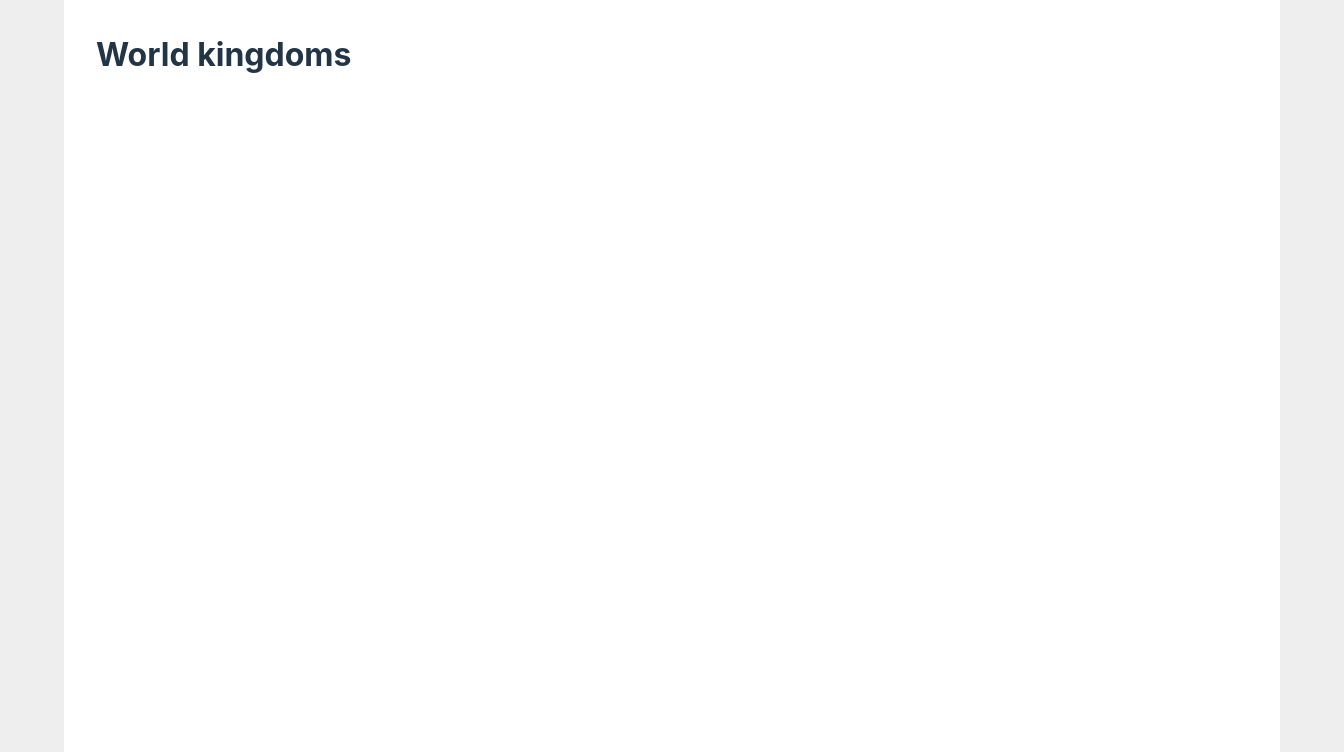
Repository: SamanthaYan298/my_world_kingdoms
Page: /
The author's editor kept a copy of each file at every save. The page is drawn from the files as they stood at one save, then again after the next save.
The browser window is 1280 px wide. The page is 1344 px wide, then 1280 px, so the pictures cover 1344 px, including what lies to the right of the window. The pictures show the whole page.
The page's requests for data from a server got no answer. The project was rebuilt for these pictures with package versions that can differ from the ones it lists, and the page was loaded fresh each time. No one was signed in, and anything a server would have sent is missing. Also part of the build but not shown: vite.config.js.

Above is the page before, as saved 2024-11-20 18:04:05.

### src/App.jsx
import { useEffect, useState } from 'react'
import './App.css'
import Countries from '../components/Countries';

function App() {

  const [query, setQuery] = useState('');
  const [countries, setCountries] = useState([]);
  const [fetchStatus, setFetchStatus] = useState('idle');

  // load data on mount - only load once
  useEffect(() => {
    const url = ` https://restcountries.com/v3.1/name/kingdom`;

    async function fetchData() {
      let response, data;
      try{
        setFetchStatus('loading');
        response = await fetch(url);
        data = await response.json();
        setCountries(data);
        setFetchStatus('idle');
      } catch(e) {
        setFetchStatus('error');
        console.error(e.message);
      }
    }

    fetchData();

  }, [query]);

  let filteredCountries = [...countries];

  return (
    <>
    <div className='countries'>
      <h1>World kingdoms</h1>
      <Countries countries={filteredCountries} />
    </div>

    </>
  )
}

export default App

### src/App.css
#root {
  min-width: 100%;
  min-height: 100vh;
  margin: 0 auto;
  padding: 0 2rem;
  text-align: center;
  background: #eee;
}

h1 {
  display: block;
  font-size: 2em;
  margin-block-start: 0.67em;
  margin-block-end: 0.67em;
  margin-inline-start: 0px;
  margin-inline-end: 0px;
  font-weight: bold;
  unicode-bidi: isolate;
  text-align: left;
}

.countries {
  width: 90%;
  background: #fff;
  margin: 0 auto;
  padding: 1em 2em;
  height: 100vh;
}

img {
  width: 50%;
}

### components/Countries.jsx
import '../src/App.css'

function Countries({ countries }) {

    return (
      <div className='outer-container'>
        {countries.map((country, index) => (
            <div key={index} className='cards-container'>
              <div className='cards'>
                <div className='cards-header'>
                  <div>
                    <img src={country.flags.png} alt={`Flag of ${country.name.common}`} />
                  </div>
                  <h4 className='name'>{country.name.common}</h4>
                </div>
                <div>
                  <div className='country-info'>
                    <p>
                      <span><strong>Capital: </strong></span>
                      <span>{country.capital}</span>
                    </p>
                    <p>
                      <span><strong>Location in: </strong></span>
                      <span className='borders'>{country.subregion}</span>
                    </p>
                  </div>
                </div>
              </div>
            </div>
          ))}
      </div>
    );
  }

  export default Countries;

Loaded but not shown: index.html (common file); src/main.jsx (common file); src/index.css (common file)

After the next save:
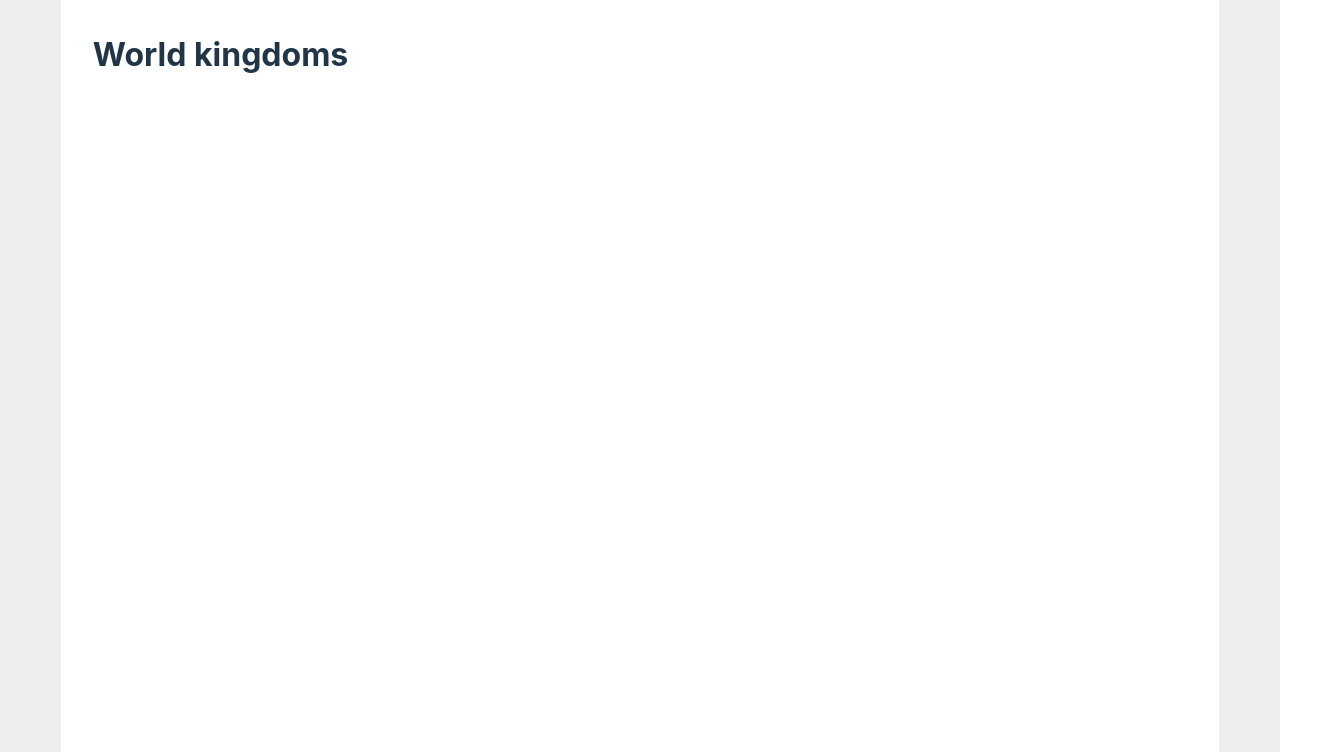
Saved 96 s later.
--- a/src/App.css
+++ b/src/App.css
@@ -1,6 +1,6 @@
 #root {
-  min-width: 100%;
-  min-height: 100vh;
+  width: 100%;
+  height: 100%;
   margin: 0 auto;
   padding: 0 2rem;
   text-align: center;
